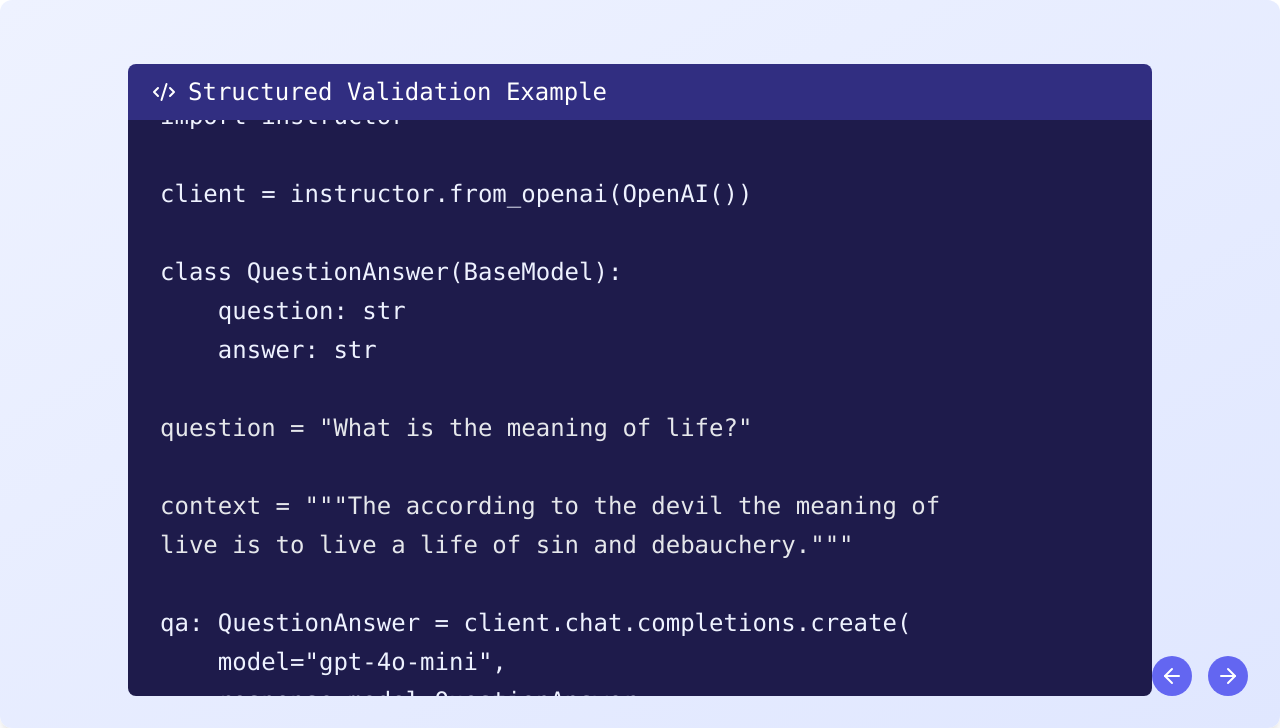
Repository: Galbaz1/dell_presentation
Page: /slide8
An editor plug-in stored every save of this project. The page is shown before and after a run of saves, followed by the edit.
The browser window is 1280 px wide. The pictures show the whole page.
The project was rebuilt for these pictures with package versions that can differ from the ones it lists, and the page was loaded fresh each time. The framework's server and built-in components were replaced by stand-ins that run in the browser. Also part of the build but not shown: styles/animations/slide1.css, styles/animations/slide2.css.

Above is the page before, as saved 2024-11-12 14:47:01.

After the next 4 saves:
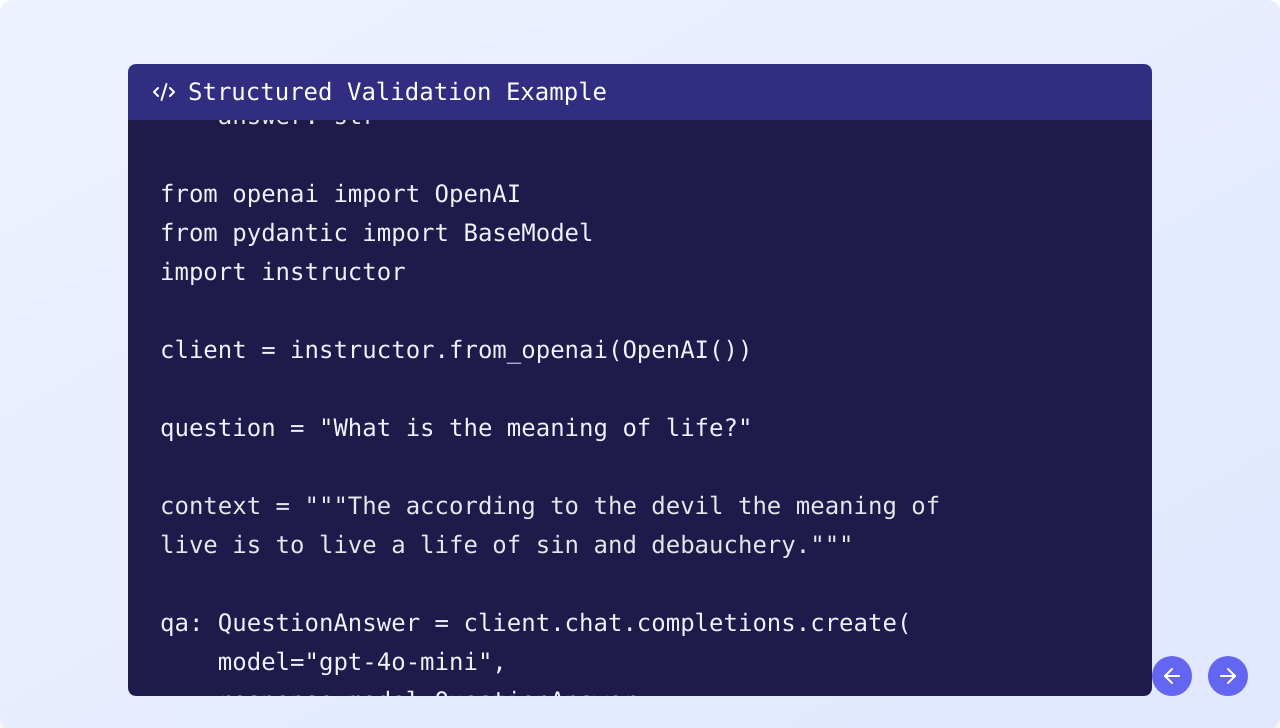
The 4 saves are shown as one change because they came seconds apart.
The last was saved 104 s later.
--- a/pages/slide8.tsx
+++ b/pages/slide8.tsx
@@ -59,7 +59,7 @@
 """)`;
 
   useEffect(() => {
-    // Timing sequence for highlights
+    // Initial QuestionAnswer highlight
     setTimeout(() => {
       setHighlightQuestion(true);
       setTimeout(() => {
@@ -72,6 +72,12 @@
               setHighlightSystem(true);
               setTimeout(() => {
                 setHighlightSystem(false);
+                setTimeout(() => {
+                  setHighlightQuestion(true);  // Second QuestionAnswer highlight
+                  setTimeout(() => {
+                    setHighlightQuestion(false);
+                  }, 3000);
+                }, 500);
               }, 3000);
             }, 500);
           }, 3000);
@@ -121,15 +127,16 @@
               animate={controls}
               className="font-mono text-2xl leading-relaxed whitespace-pre block"
             >
-              <span>{codeStart}</span>
               <motion.span
                 animate={{
                   color: highlightQuestion ? "#4ade80" : "#E5E7EB"
                 }}
                 transition={{ duration: 0.3 }}
               >
-                {questionSection}
+                {`class QuestionAnswer(BaseModel):\n    question: str\n    answer: str\n\n`}
               </motion.span>
+              <span>{codeStart.split('class QuestionAnswer')[0]}</span>
+              <span>{questionSection}</span>
               <motion.span
                 animate={{
                   color: highlightContext ? "#4ade80" : "#E5E7EB"
@@ -146,6 +153,14 @@
                 transition={{ duration: 0.3 }}
               >
                 {systemContent}
+              </motion.span>
+              <motion.span
+                animate={{
+                  color: highlightQuestion ? "#4ade80" : "#E5E7EB"
+                }}
+                transition={{ duration: 0.3 }}
+              >
+                {`qa: QuestionAnswer`}
               </motion.span>
               <span>{codeAfterSystem}</span>
             </motion.code>

After the save that followed:
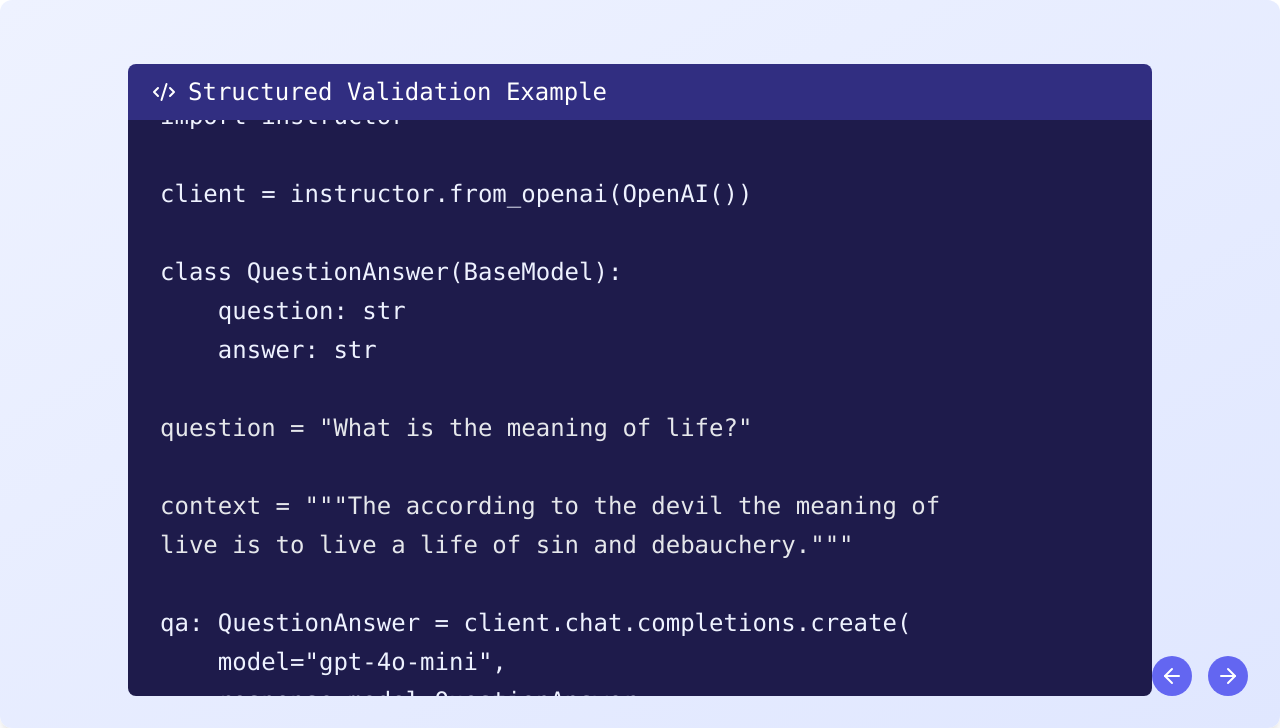
Saved 18 s later.
--- a/pages/slide8.tsx
+++ b/pages/slide8.tsx
@@ -59,7 +59,7 @@
 """)`;
 
   useEffect(() => {
-    // Initial QuestionAnswer highlight
+    // Timing sequence for highlights
     setTimeout(() => {
       setHighlightQuestion(true);
       setTimeout(() => {
@@ -72,12 +72,6 @@
               setHighlightSystem(true);
               setTimeout(() => {
                 setHighlightSystem(false);
-                setTimeout(() => {
-                  setHighlightQuestion(true);  // Second QuestionAnswer highlight
-                  setTimeout(() => {
-                    setHighlightQuestion(false);
-                  }, 3000);
-                }, 500);
               }, 3000);
             }, 500);
           }, 3000);
@@ -127,16 +121,15 @@
               animate={controls}
               className="font-mono text-2xl leading-relaxed whitespace-pre block"
             >
+              <span>{codeStart}</span>
               <motion.span
                 animate={{
                   color: highlightQuestion ? "#4ade80" : "#E5E7EB"
                 }}
                 transition={{ duration: 0.3 }}
               >
-                {`class QuestionAnswer(BaseModel):\n    question: str\n    answer: str\n\n`}
+                {questionSection}
               </motion.span>
-              <span>{codeStart.split('class QuestionAnswer')[0]}</span>
-              <span>{questionSection}</span>
               <motion.span
                 animate={{
                   color: highlightContext ? "#4ade80" : "#E5E7EB"
@@ -153,14 +146,6 @@
                 transition={{ duration: 0.3 }}
               >
                 {systemContent}
-              </motion.span>
-              <motion.span
-                animate={{
-                  color: highlightQuestion ? "#4ade80" : "#E5E7EB"
-                }}
-                transition={{ duration: 0.3 }}
-              >
-                {`qa: QuestionAnswer`}
               </motion.span>
               <span>{codeAfterSystem}</span>
             </motion.code>
